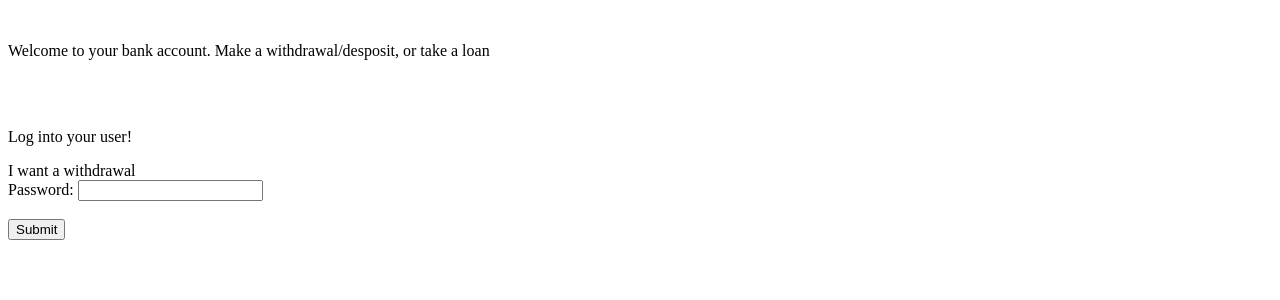
Repository: hcm4990/BankingApplicationRestAPI
Page: gs-serving-web-content-complete/src/main/resources/static/account.html
These files come from the project's save history. The page is drawn as it stood at one moment and after the next save; the edit follows.
The browser window is 1280 px wide. The pictures show the whole page.

Above is the page before, as saved 2020-04-06 15:14:23.

After the next save:
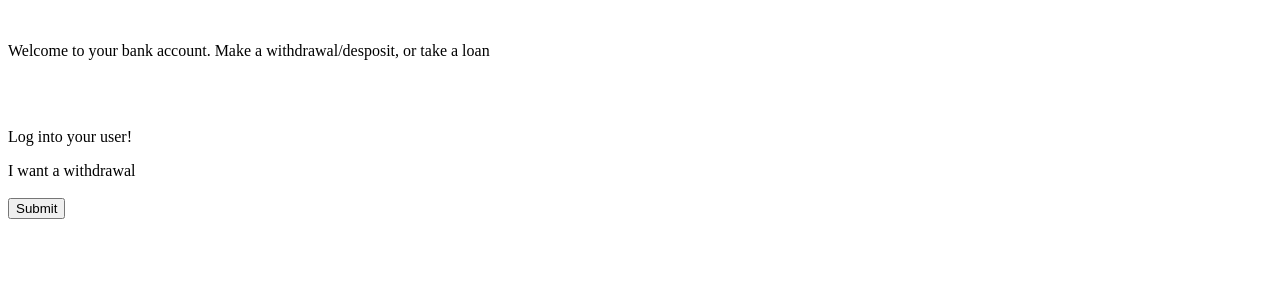
Saved 6 s later.
--- a/gs-serving-web-content-complete/src/main/resources/static/account.html
+++ b/gs-serving-web-content-complete/src/main/resources/static/account.html
@@ -12,8 +12,6 @@
 	<p><p>Log into your user!</p>
 	<form action="/transaction">
 		<label for="user_id">I want a withdrawal</label><br>
-		<label for="pass_word">Password:</label> <input type="text" id="pass_word"
-			name="pass_word"><br>
 		<br> <input type="submit" value="Submit">
 	</form>
 </body>
